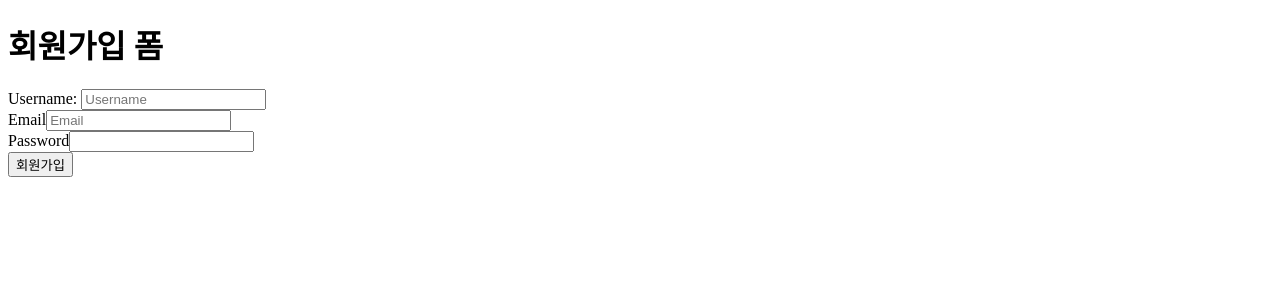
Repository: Styner-JEON/event
Page: /signup (app in frontend/)
An editor plug-in stored every save of this project. The page is shown before and after a run of saves, followed by the edit.
The browser window is 1280 px wide. The pictures show the whole page.
The project was rebuilt for these pictures with package versions that can differ from the ones it lists, and the page was loaded fresh each time. The framework's server and built-in components were replaced by stand-ins that run in the browser. Also part of the build but not shown: frontend/next.config.ts.

Above is the page before, as saved 2025-04-17 13:51:54.

### frontend/src/app/layout.tsx
import type { Metadata } from "next";
import "./globals.css";

export const metadata: Metadata = {
  title: "Create Event App",
  description: "Generated by create next app",
};

export default function RootLayout({
  children,
}: Readonly<{
  children: React.ReactNode;
}>) {
  return (
    <html lang="en">
      <body>
        {children}
      </body>
    </html>
  );
}

### frontend/src/app/signup/page.tsx
import SignupForm from "./_components/signup-form";

export default function SignUpPage() {
  return (
    <main>
      <h1>회원가입 폼</h1>
      <SignupForm />
    </main>
  );
}

### frontend/src/app/globals.css
@tailwind base;
@tailwind components;
@tailwind utilities;

/* :root {
  --background: #ffffff;
  --foreground: #171717;
}

@media (prefers-color-scheme: dark) {
  :root {
    --background: #0a0a0a;
    --foreground: #ededed;
  }
} */

body {
  /* color: var(--foreground);
  background: var(--background);
  font-family: Arial, Helvetica, sans-serif; */

  /* height: 100dvh; */
}

### frontend/src/app/signup/_components/signup-form.tsx
'use client'

import { useActionState } from "react";
import { signupAction } from "../_libs/signup-action";

export default function SignupForm() {
  const [state, action, pending] = useActionState(signupAction, undefined)

  return (
    <form action={action}>
      <div>
        <label htmlFor="username">Username: </label>
        <input id="username" name="username" placeholder="Username" />
      </div>
      {state?.errors?.username && <p>{state.errors.username}</p>}

      <div>
        <label htmlFor="email">Email</label>
        <input id="email" name="email" placeholder="Email" />
      </div>
      {state?.errors?.email && <p>{state.errors.email}</p>}

      <div>
        <label htmlFor="password">Password</label>
        <input id="password" name="password" type="Password" />
      </div>
      {state?.errors?.password && (
        <div>
          <p>Password must:</p>
          <ul>
            {state.errors.password.map((error: string) => (
              <li key={error}>- {error}</li>
            ))}
          </ul>
        </div>
      )}
      <button disabled={pending} type="submit">
        회원가입
      </button>
    </form>
  )
}

### frontend/src/app/signup/_libs/signup-action.ts
'use server'

import { signupFormState } from "@/app/signup/_types/signup-form-state"
import { signupFormSchema } from "./signup-form-schema"
import { redirect } from "next/navigation"
// import bcrypt from 'bcrypt'

export async function signupAction(state: signupFormState, formData: FormData) {
  // console.log('state', state);
  // console.log('formData', formData);

  // 1. Validate form fields
  const validatedFields = signupFormSchema.safeParse({
    username: formData.get('username'),
    email: formData.get('email'),
    password: formData.get('password'),
  })

  if (!validatedFields.success) {
    return {
      errors: validatedFields.error.flatten().fieldErrors,
    }
  }

  // Call the provider or db to create a user...

  // 2. Prepare data
  const { username, email, password } = validatedFields.data

  // e.g. Hash the user's password before
  // const hashedPassword = await bcrypt.hash(password, 10)

  // 3. Call an Auth Library's API
  const response = await fetch( `${process.env.NEXT_PUBLIC_AUTH_BASE_URL}/auth/${process.env.NEXT_PUBLIC_AUTH_API_VERSION}/signup`, {
    method: 'POST',
    headers: {
      'Content-Type': 'application/json',
    },
    body: JSON.stringify({
      username,
      email,
      // password: hashedPassword,
      password: password,
    }),
    // credentials: 'include',
  })

  const responseData = await response.json();

  if (!response.ok) {
    console.error(responseData);
    return responseData;
  }

  // console.log('response HTTP status: ', response.status);
  console.log(responseData);

  // TODO:
  // 4. Create user session
  // 5. Redirect user

  // await updateSession(user.id);
  // await updateSession();

  redirect('/')

}

### frontend/src/app/signup/_libs/signup-form-schema.ts
import { z } from 'zod'

export const signupFormSchema = z.object({
  username: z
    .string()
    .min(2, { message: '유저명은 2개 이상의 문자로 작성되어야 합니다' })
    .trim(),
  email: z
    .string()
    .email({ message: '잘못된 이메일 형식입니다.' })
    .trim(),
  password: z
    .string()
    .min(8, { message: '비밀번호는 8글자 이상이어야 합니다.' })
    .regex(/[a-zA-Z]/, { message: '비밀번호는 1개 이상의 문자를 작성해야 합니다.' })
    .regex(/[0-9]/, { message: '비밀번호는 1개 이상의 숫자를 포함해야 합니다.' })
    .regex(/[^a-zA-Z0-9]/, { message: '비밀번호는 1개 이상의 특수문자를 포함해야 합니다.', })
    .trim(),
})

After the next 2 saves:
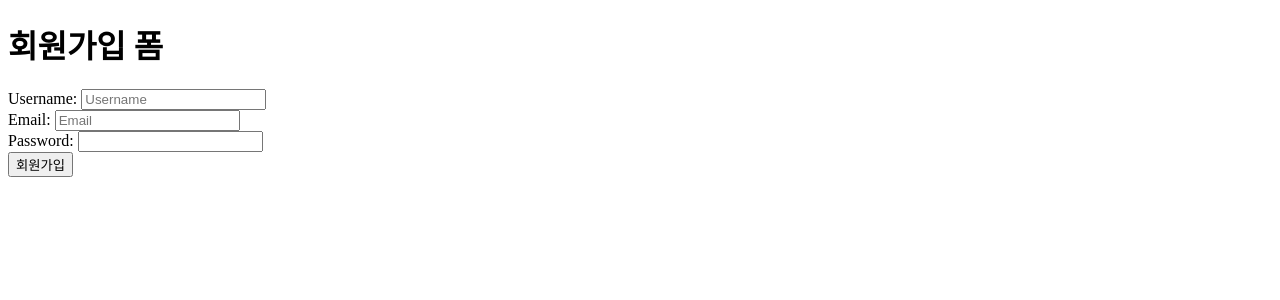
The 2 saves are shown as one change because they came seconds apart.
The last was saved 8 s later.
--- a/frontend/src/app/signup/_components/signup-form.tsx
+++ b/frontend/src/app/signup/_components/signup-form.tsx
@@ -15,13 +15,13 @@ export default function SignupForm() {
       {state?.errors?.username && <p>{state.errors.username}</p>}
 
       <div>
-        <label htmlFor="email">Email</label>
+        <label htmlFor="email">Email: </label>
         <input id="email" name="email" placeholder="Email" />
       </div>
       {state?.errors?.email && <p>{state.errors.email}</p>}
 
       <div>
-        <label htmlFor="password">Password</label>
+        <label htmlFor="password">Password: </label>
         <input id="password" name="password" type="Password" />
       </div>
       {state?.errors?.password && (
